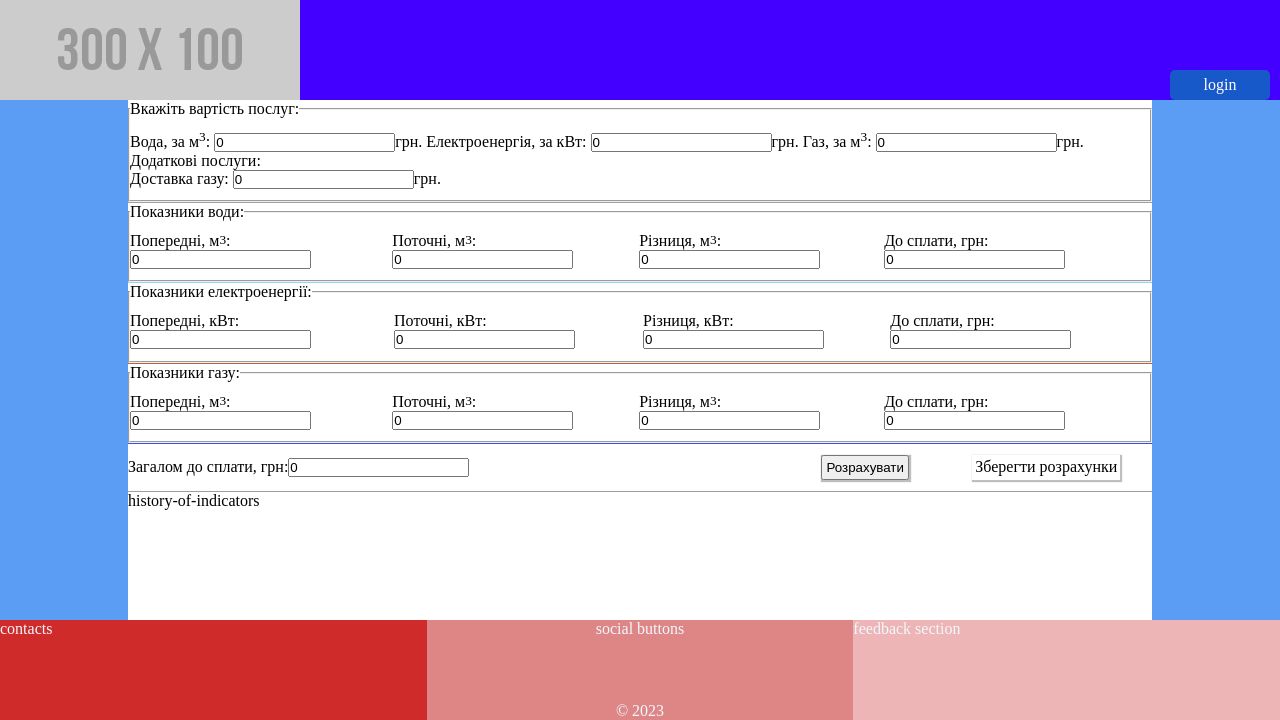
Repository: ruslan-horaiskyi/utility-calculator
Page: calculation-page.html
These files come from the project's save history. The page is drawn as it stood at one moment and after the next save; the edit follows.
The browser window is 1280 px wide. The pictures show the whole page.

Above is the page before, as saved 2023-02-06 18:58:23.

After the next save:
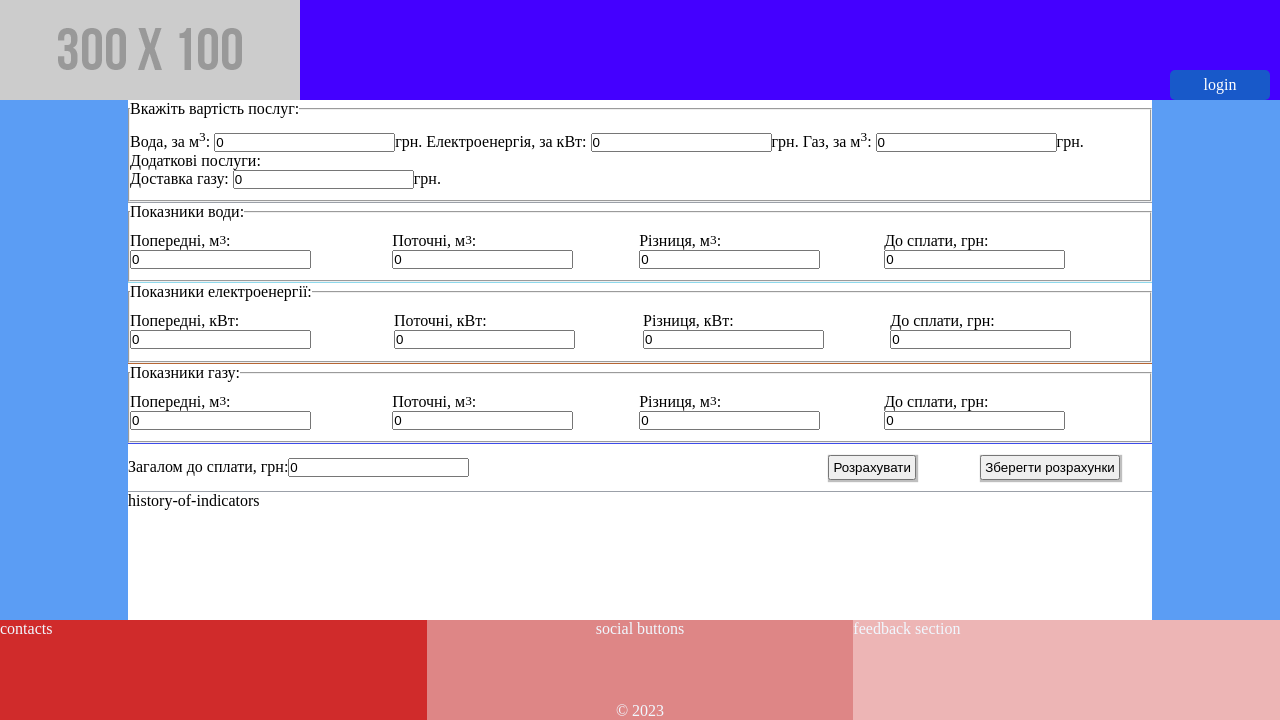
Saved 2 h 26 min later.
--- a/calculation-page.html
+++ b/calculation-page.html
@@ -255,9 +255,9 @@
                 <button id="calculate_button" class="button">
                   Розрахувати
                 </button>
-                <div id="save_calculation__button" class="button">
+                <button id="save_calculation__button" class="button">
                   Зберегти розрахунки
-                </div>
+                </button>
               </div>
             </div>
           </form>
